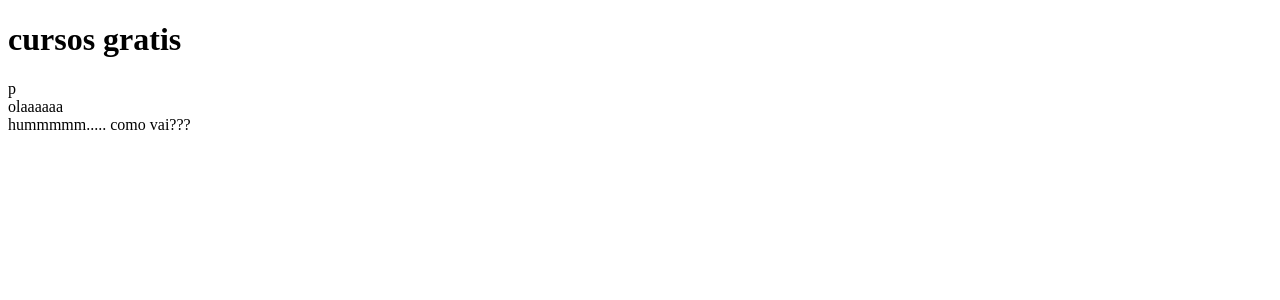
Repository: YuaneCastro/CRIANDO-UM-SITE--CURSO-GIT--GIT-HUB
Page: index.html
These files come from the project's save history. The page is drawn as it stood at one moment and after the next save; the edit follows.
The browser window is 1280 px wide. The pictures show the whole page.

Above is the page before, as saved 2025-08-14 00:23:08.

After the next save:
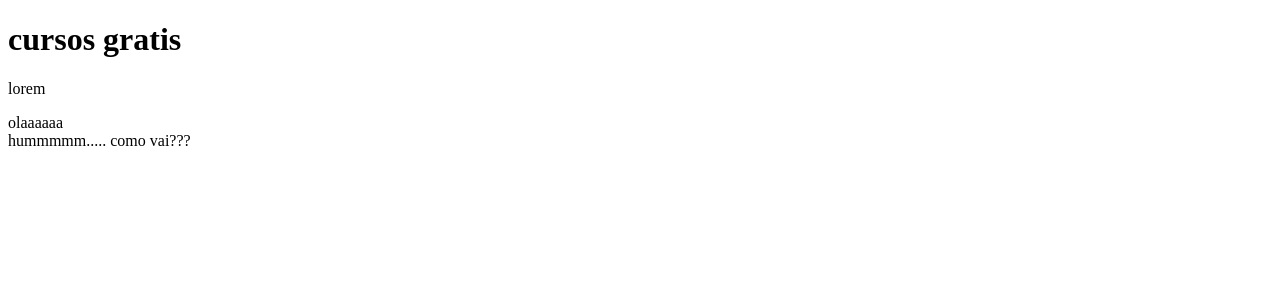
Saved 5 s later.
--- a/index.html
+++ b/index.html
@@ -11,7 +11,7 @@
         <h1>cursos gratis</h1>
     </head>
     <section>
-        p
+        <p>lorem</p>
         <div>olaaaaaa</div>
         <div>hummmmm..... como vai???</div>
     </section>
